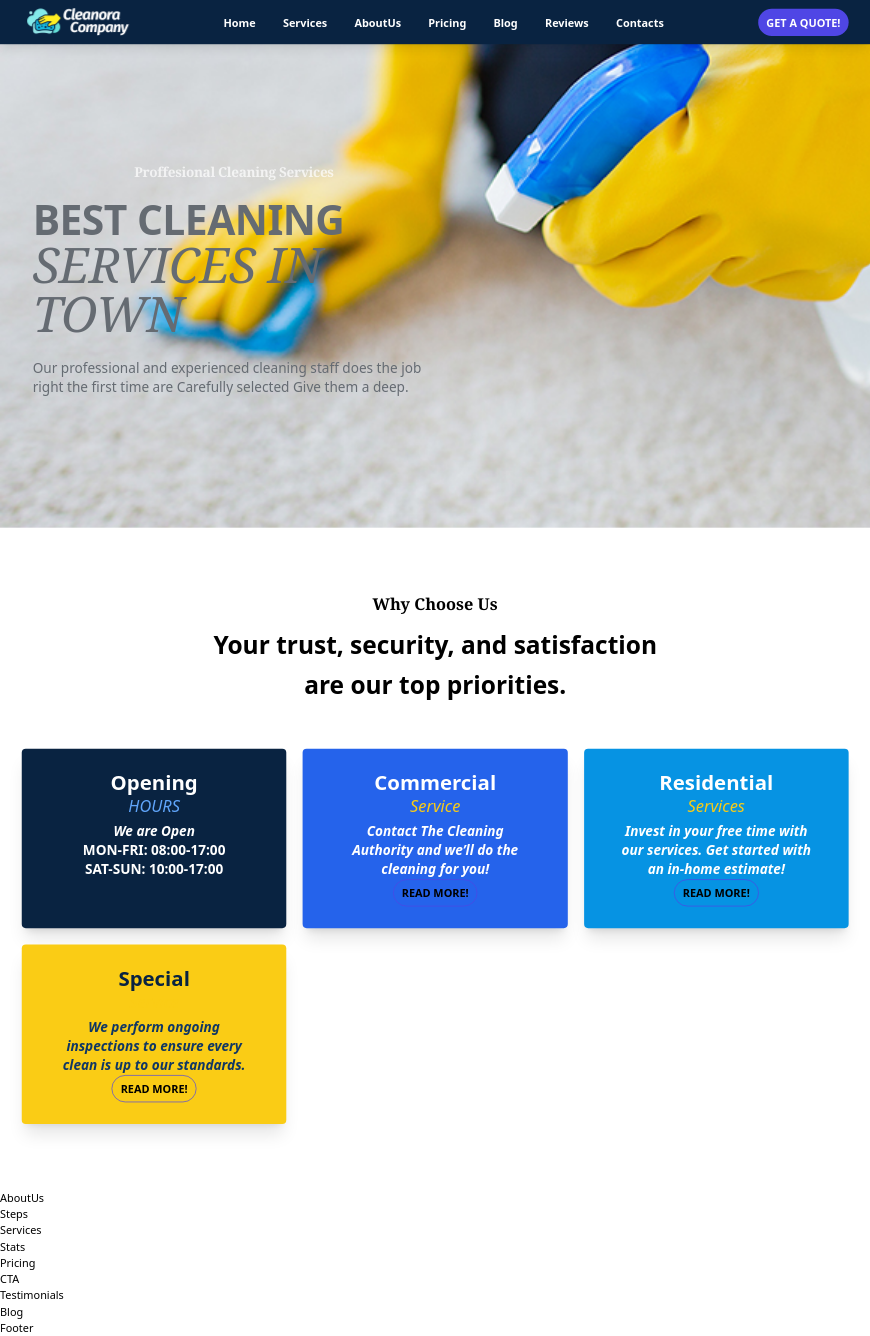
Repository: remydev47/cleonara
Page: /
These files come from the project's save history. The page is drawn as it stood at one moment and after the next save; the edit follows.
The browser window is 1280 px wide. The pictures show the whole page, at 68% of full size.
The project was rebuilt for these pictures with package versions that can differ from the ones it lists, and the page was loaded fresh each time. The framework's server and built-in components were replaced by stand-ins that run in the browser. Also part of the build but not shown: next.config.js.

Above is the page before, as saved 2022-11-01 12:59:30.

After the next save:
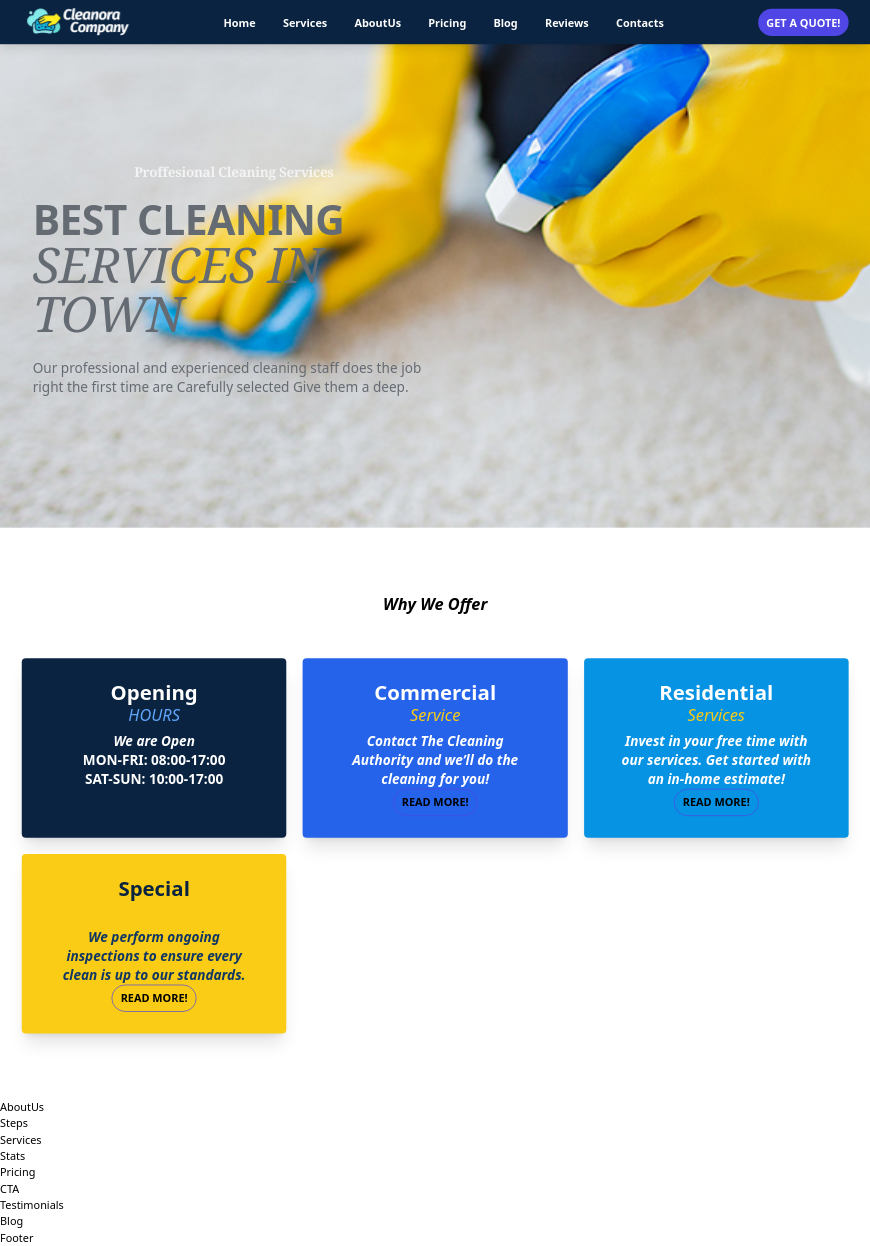
Saved 54 s later.
--- a/components/Offers.tsx
+++ b/components/Offers.tsx
@@ -6,10 +6,7 @@
     <section className="bg-[#fff] sm:py-16 lg:py-24">
     <div className="px-4 mx-auto max-w-7xl sm:px-6 lg:px-8">
     <div className="max-w-2xl mx-auto text-center">
-      <h2 className="text-xl font-serif font-semibold leading-tight text-black  lg:text-2xl">Why Choose Us</h2>
-      <p className="mx-auto mt-4 text-4xl font-bold leading-relaxed text-black">
-       Your trust, security, and satisfaction are our top priorities.
-      </p>
+      <h2 className="text-xl italic font-semibold leading-tight text-black  lg:text-2xl">Why We Offer</h2>
     </div>
 
     <div className="grid max-w-md grid-cols-1 gap-6 mx-auto mt-8 text-center lg:max-w-full lg:mt-16 lg:grid-cols-3">
